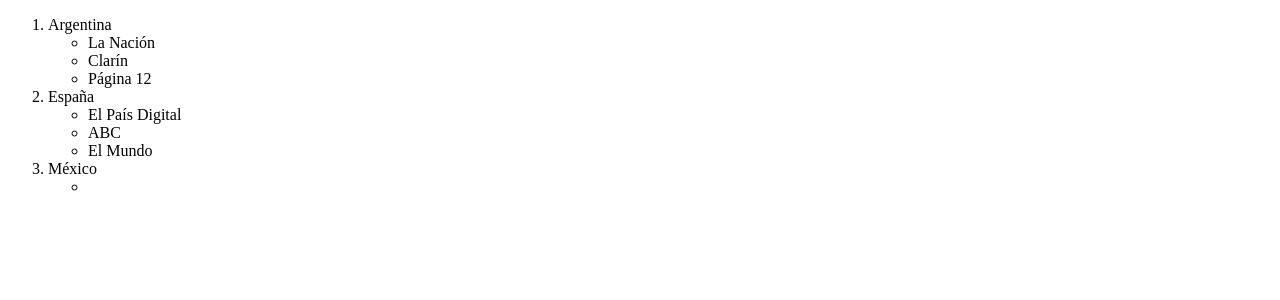
Repository: ThePerez/ArgProg
Page: Practicas ArgProg/Practica 2/Ejercicio4.html
These files come from the project's save history. The page is drawn as it stood at one moment and after a run of saves; the edit follows.
The browser window is 1280 px wide. The pictures show the whole page.

Above is the page before, as saved 2023-03-06 13:10:57.

### Practicas ArgProg/Practica 2/Ejercicio4.html
<!DOCTYPE html>
<html lang="en">

<head>
     <meta charset="UTF-8">
     <meta http-equiv="X-UA-Compatible" content="IE=edge">
     <meta name="viewport" content="width=device-width, initial-scale=1.0">
     <title>Ejercicio 4</title>
</head>

<body>
     <ol>
          <li>Argentina</li>
               <ul>
                    <li>La Nación</li>
                    <li>Clarín</li>
                    <li>Página 12</li>
               </ul>
          <li>España</li>
               <ul>
                    <li>El País Digital</li>
                    <li>ABC</li>
                    <li>El Mundo</li>
               </ul>
          <li>México</li>
               <ul>
                    <li></li>
               </ul>
     </ol>
</body>

</html>

After the next 2 saves:
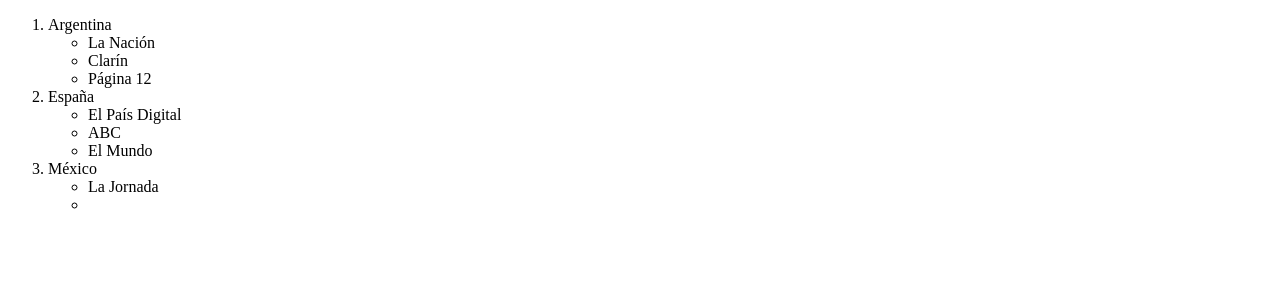
The 2 saves are shown as one change because they came seconds apart.
The last was saved 8 s later.
--- a/Practicas ArgProg/Practica 2/Ejercicio4.html
+++ b/Practicas ArgProg/Practica 2/Ejercicio4.html
@@ -24,6 +24,7 @@
                </ul>
           <li>México</li>
                <ul>
+                    <li>La Jornada</li>
                     <li></li>
                </ul>
      </ol>
